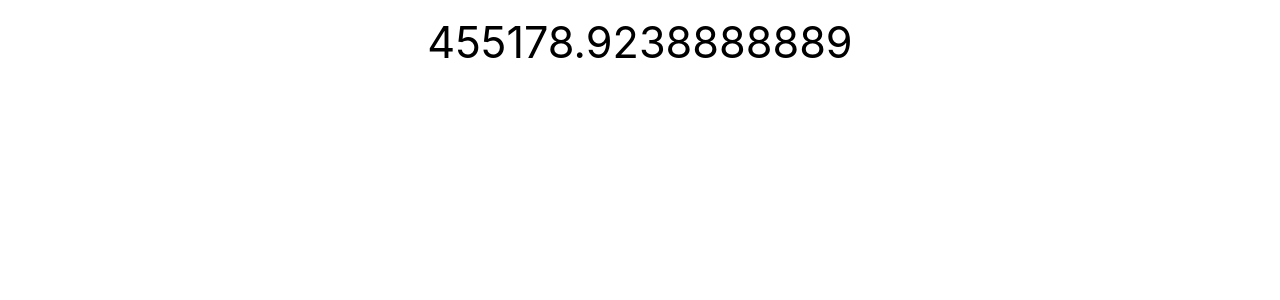
Repository: michalgornicki/poland-covid
Page: /
These files come from the project's save history. The page is drawn as it stood at one moment and after the next save; the edit follows.
The browser window is 1280 px wide. The pictures show the whole page.
The project was rebuilt for these pictures with package versions that can differ from the ones it lists, and the page was loaded fresh each time.

Above is the page before, as saved 2021-12-04 18:55:21.

### src/App.jsx
import React, { useEffect } from 'react';
import './App.css';

function App() {



  const startTime = () => {
    const date = new Date();
    let miliseconds = date.getTime();
    let seconds = Math.round(miliseconds/1000);
    let hours = seconds/3600;
    let thisYearHours = hours - 447056;
    document.getElementsByClassName('counter')[0].innerHTML =  hours;
    setTimeout(startTime, 1000);
  }

  useEffect(() => {
    startTime()
  });

  return (
    <p>
      <div className="counter">{""}</div>
    </p>
  );
}

export default App;

### src/App.css
.counter{
    font-size: 6vmin;
    display: block;
    margin: auto;
    width:min-content;
}

Loaded but not shown: public/index.html (common file); src/index.js (common file); src/index.css (common file); src/reportWebVitals.js (common file)

After the next save:
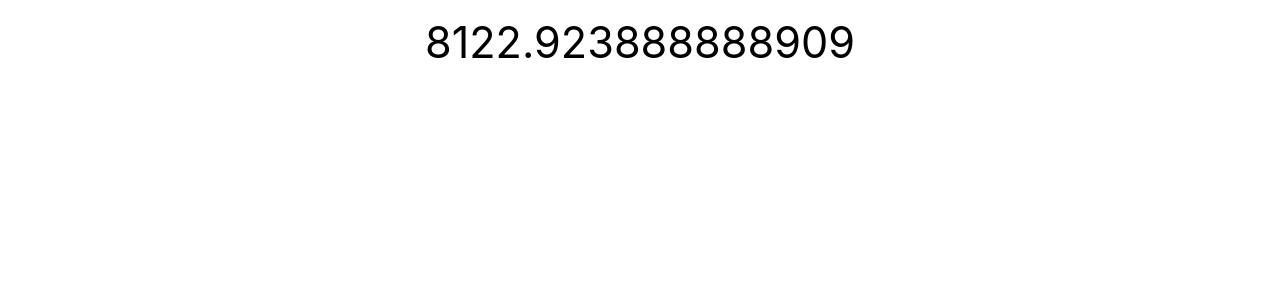
Saved 9 s later.
--- a/src/App.jsx
+++ b/src/App.jsx
@@ -11,7 +11,7 @@ function App() {
     let seconds = Math.round(miliseconds/1000);
     let hours = seconds/3600;
     let thisYearHours = hours - 447056;
-    document.getElementsByClassName('counter')[0].innerHTML =  hours;
+    document.getElementsByClassName('counter')[0].innerHTML =  thisYearHours;
     setTimeout(startTime, 1000);
   }
 
